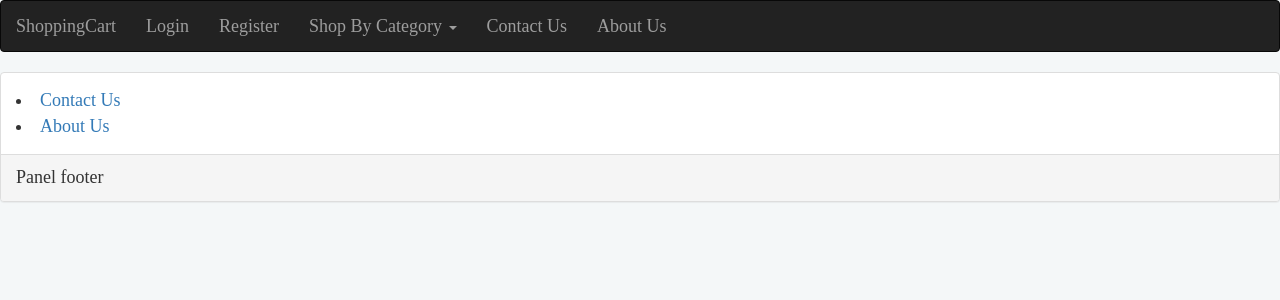
Repository: KaustubhKamat/ShoppingCartProject
Page: http://localhost/NewShoppingCart/WEB-INF/views/Home.jsp
These files come from the project's save history. The page is drawn as it stood at one moment and after the next save; the edit follows.
The browser window is 1280 px wide. The pictures show the whole page.
Some web libraries are served in a nearby version. The page is served by Tomcat 9. Nobody is signed in. Other server files are loaded and not shown. The template is opened directly, without the code that normally fills it, so the values that code supplies are empty.

Above is the page before, as saved 2016-12-27 16:59:41.

### NewShoppingCart/src/main/webapp/WEB-INF/views/Home.jsp
<%@ page language="java" contentType="text/html; charset=ISO-8859-1"
	pageEncoding="ISO-8859-1"%>
<%@ taglib uri="http://java.sun.com/jsp/jstl/core" prefix="c"%>
<!DOCTYPE html PUBLIC "-//W3C//DTD HTML 4.01 Transitional//EN" "http://www.w3.org/TR/html4/loose.dtd">
<html>
<head>
<link rel="stylesheet"
	href="https://maxcdn.bootstrapcdn.com/bootstrap/3.3.7/css/bootstrap.min.css">
<script
	src="https://ajax.googleapis.com/ajax/libs/jquery/3.1.1/jquery.min.js"></script>
<script
	src="https://maxcdn.bootstrapcdn.com/bootstrap/3.3.7/js/bootstrap.min.js"></script>

<style>
body {
	font-family: cursive;
	font-size: large;
	background-color: #f4f7f8
}
</style>
</head>
<body>
<nav class="navbar navbar-inverse">
  <div class="container-fluid">
    <div class="navbar-header">
      <a class="navbar-brand" href="">ShoppingCart</a>
    </div>
    <ul class="nav navbar-nav">
		<c:if test="${ empty SuccessMessage}">
			<li><a href="login"> Login </a></li>
			<li><a href="Register"> Register</a></li>
			<li class="dropdown">
			<a class="dropdown-toggle" data-toggle="dropdown" href="Category">Shop By Category
			<span class="caret"></span></a>
			<ul class="dropdown-menu">
			<li><a href="Ciaz">Ciaz</a></li>
			<li><a href="Wagonr">Wagonr</a></li>
			<li><a href="Celerio">Celerio</a></li>
			<li><a href="Swift">Swift</a></li>
			<li><a href="Ritz">Ritz</a></li>
			</ul>
		     </li>
		    <li><a href="Contact Us">Contact Us</a> </li>
		    <li><a href="About Us">About Us</a> </li>
		</c:if>
	</ul>
	</div>
</nav>
 <!-- <div class="container">
  <img src="Ciaz.jpg" width="1000" height="1000">
</div> -->

<div class="panel panel-default">
  <div class="panel-body">
    <li><a href="Contact Us">Contact Us</a> </li>
		    <li><a href="About Us">About Us</a> </li>
  </div>
  <div class="panel-footer">Panel footer</div>
</div>


	${SuccessMessage}
	<c:if test="${showLoginPage}">
		<jsp:include page="Login.jsp"></jsp:include>
	</c:if>

	<c:if test="${ not empty ErrorMessage}">
${ErrorMessage}
<jsp:include page="Registration.jsp"></jsp:include>
	</c:if>

</body>
</html>

After the next save:
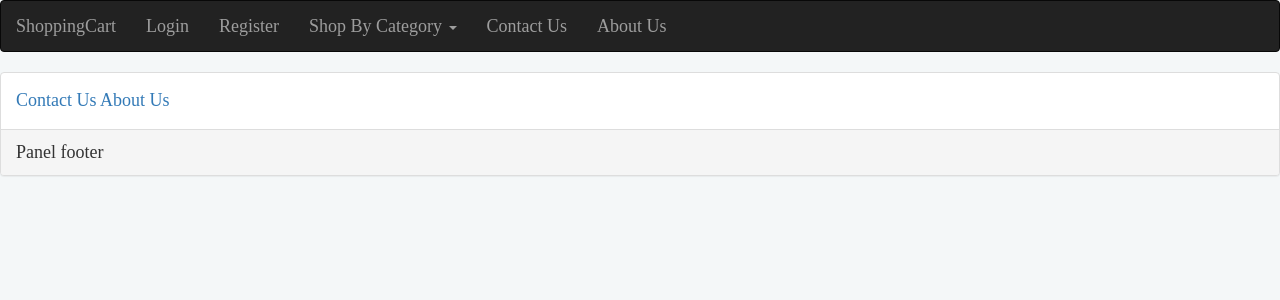
Saved 12 s later.
--- a/NewShoppingCart/src/main/webapp/WEB-INF/views/Home.jsp
+++ b/NewShoppingCart/src/main/webapp/WEB-INF/views/Home.jsp
@@ -52,8 +52,8 @@
 
 <div class="panel panel-default">
   <div class="panel-body">
-    <li><a href="Contact Us">Contact Us</a> </li>
-		    <li><a href="About Us">About Us</a> </li>
+    <a href="Contact Us">Contact Us</a> </li>
+  <a href="About Us">About Us</a> </li>
   </div>
   <div class="panel-footer">Panel footer</div>
 </div>
